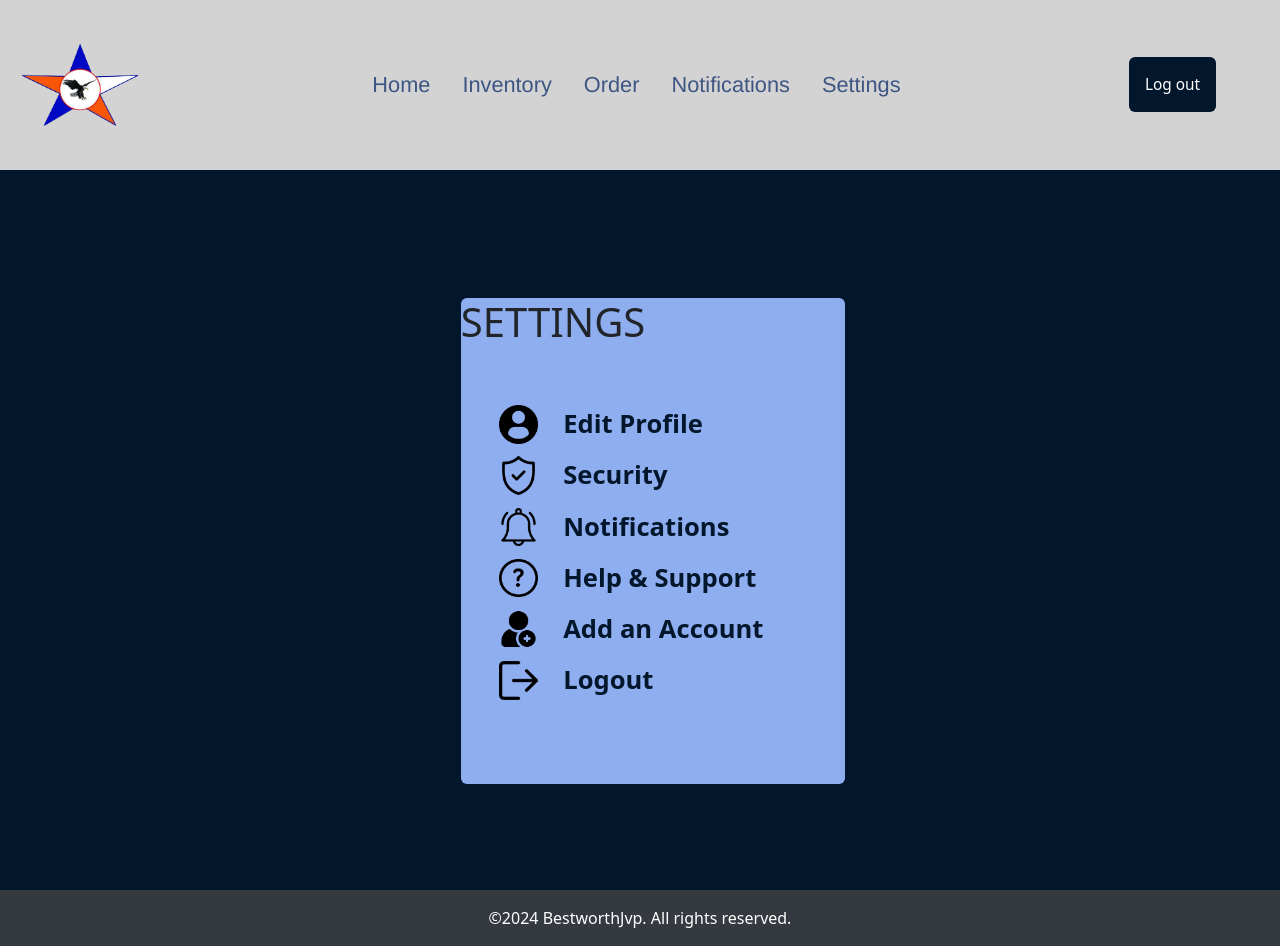
Repository: OVictor21/inventory
Page: /Setting
An editor plug-in stored every save of this project. The page is shown before and after the next save, followed by the edit.
The browser window is 1280 px wide. The pictures show the whole page.
The project was rebuilt for these pictures with package versions that can differ from the ones it lists, and the page was loaded fresh each time. Also part of the build but not shown: src/components/login.jsx, src/components/signup.jsx, src/components/reset1.jsx, src/components/reset2.jsx, src/pages/Admin.jsx.

Above is the page before, as saved 2024-12-16 19:56:53.

### src/index.css

.logo {
  background-size: cover;
  background-repeat: no-repeat;
  background-position: center;
  height: auto;
  width:9rem ;
}

.sign-in{
  width: 40vw;
  height: 65vw;
  left: 45vw;
  top: -10vw;
  overflow: hidden;
}

.login {
  display: flex;
  flex-direction: column;
  min-height: 100vh;
  overflow: hidden;

}

.nav-body {
  flex-grow: 1;
  background-color: #D3D3D3;
  width: 35vw;
  height: 65vw;
}

.text{
  top: 5vw;
  left: 6vw;
  background: linear-gradient(180deg, rgb(51, 85, 136) 13.5%, rgb(206, 208, 214) 100%);
  -webkit-background-clip: text !important;
  background-clip: text;
  -webkit-text-fill-color: transparent;
  text-fill-color: transparent;
  font-family: "Montserrat-Bold", Helvetica;
  font-weight: 700;
  color: transparent;
  font-size: 4vw;
  letter-spacing: 0;
  line-height: normal;
}



.text-wrapper-8 {
  background: linear-gradient(180deg, rgb(51, 85, 136) 13.5%, rgb(206, 208, 214) 100%);
  -webkit-background-clip: text !important;
  background-clip: text;
  -webkit-text-fill-color: transparent;
  text-fill-color: transparent;
  font-family: "Montserrat-Bold", Helvetica;
  font-weight: 600;
  color: transparent;
  font-size: 2vw;
  letter-spacing: 0;
  line-height: normal;
  top: 13vw;
  left: 6vw;
}

.email-text{
  font-size: 1.2vw;

}

.email{
  top: 17vw;
  left: 6vw;
}

.email-in{
  top: 23vw;
  left: 6vw;
  width: 80%;
  max-width: 80%;
  height: 5%;
}

.pass{
  top: 27vw;
  left: 6vw;
}

.pass-in{
  top: 33vw;
  left: 6vw;
  width: 80%;
  max-width: 80%;
  height: 5%;

}

.text-wrapper-7{
  font-family: "Montserrat-Regular", Helvetica;
  font-weight: 400;
  color: #00000061;
  font-size: 1.3vw;
  letter-spacing: 0;
  line-height: normal;
  top: 30vw;
  text-decoration: none;
  right: 2vw;
}



.sign-btn{
  background: linear-gradient(180deg, rgb(51, 85, 136) 93.5%, rgb(206, 208, 214) 97%);
  font-family: "Montserrat-Bold", Helvetica;
  font-weight: 700;
  font-size: 1.5rem;
  letter-spacing: 0;
  line-height: normal;
  width: 80%;
  height: 3rem;
  top: 42vw;
  left: 6vw;
  /* box-shadow: 0px 22px 75px #00000040; */
}


.acct{
  font-family: "Montserrat-Regular", Helvetica;
  font-weight: 700;
  color: #000000;
  font-size: 1.5vw;
  letter-spacing: 0;
  line-height: normal;
  top: 52vw;
  left: 6vw;
}

.acct-1{
  font-family: "Montserrat-Bold", Helvetica;
  font-weight: 700;
  color: rgb(51, 85, 136);
  font-size: 1.5vw;
  text-decoration: none;
  letter-spacing: 0;
  line-height: normal;
  top: 52vw;
  right: 3vw;
}



.pass-text{
font-size: 1.2vw;
}
.footer-body {
  background-color: #343a40; /* Example background color */
  text-align: center;
  padding: 1rem 0;
  margin-top: auto; /* Pushes the footer to the bottom */
}



.side{
  background-color: #D3D3D3;
}
.footers{
  top: 99vh;
  right: 0vw;
  background-color: #343a40;
}

.signuptext{
  top: 5vw;
  left: 6vw;
  background: linear-gradient(180deg, rgb(51, 85, 136) 13.5%, rgb(206, 208, 214) 100%);
  -webkit-background-clip: text !important;
  background-clip: text;
  -webkit-text-fill-color: transparent;
  text-fill-color: transparent;
  font-family: "Montserrat-Bold", Helvetica;
  font-weight: 700;
  color: transparent;
  font-size: 3vw;
  letter-spacing: 0;
  line-height: normal;
}

.nav{
  background-color: #D3D3D3;
}

.logo{
  width: 10vw;
  height: 7vw;
}

nav {
  background-color: #D3D3D3;

}


.navbar-brand img {
  max-width: 10vw;
  min-width: 5vw;
}

.navv{
  color: white;
}

.nav-text-current {
  font-family: "Montserrat", Helvetica;
  font-weight: 700;
  color: #ffffff;
  font-size: 1.5vw;
}

.nav-text {
  font-family: "Montserrat", Helvetica;
  font-weight: 700;
  color: #ffffff;
  font-size: 2.5vw;

}

.nav-link.nav-text {
  font-family: "Montserrat", Helvetica;
  font-weight: 400;
  color: #3d5583 !important;
  font-size: 1.7vw;
}

.navbar-nav .nav-link.nav-text:hover {
  color: rgb(143, 174, 240) !important;
}

.logout{
  background-color: #03172c !important;
}

.logout:hover {
  color: rgb(143, 174, 240) !important;
}

.nav-link.nav-text-2{
  color: white;
  font-size: 1.2vw;
}

.nav-link.nav-text-2:hover{
  color: rgb(143, 174, 240) !important;
}

.admin-body{
  background-color: #03172c;
}

.inventory{
  width: 35vw;
  height: 10vw;
  background-color:rgb(143, 174, 240) ;
  overflow: hidden;
}

.inventory-logo{
  width: 5vw;
  height: 3vw;
}

.admin-text{
  font-size: 2vw;
  font-weight: 600;
  color: #03172c ;
  left: 16vw;
  top:3vw;
}

.admin-footer {
  background-color: #343a40; /* Example background color */
  text-align: center;
  padding: 1rem 0;
  margin-top: auto; /* Pushes the footer to the bottom */
}

.admin-logo{
  left: 5vw;
  top:2vw;
}
.setting-body{
  background-color: #03172c;
}
.setting{
  width: 30vw;
  height: 38vw;
  background-color:rgb(143, 174, 240) ;
  overflow: hidden;
  left: 36vw;
  top: 10vw;
}

.user-logo{
  width: 3vw;
  height: 3vw;
}

.profile-logo{
  left: 3vw;
  top:4vw;
}

.user-text{
  font-size: 2vw;
  font-weight: 600;
  color: #03172c ;
  left: 8vw;
  top:4vw;
}

.security-text{
  font-size: 2vw;
  font-weight: 600;
  color: #03172c ;
  left: 8vw;
  top:8vw;
}

.notify-text{
  font-size: 2vw;
  font-weight: 600;
  color: #03172c ;
  left: 8vw;
  top:12vw;
}

.help-text{
  font-size: 2vw;
  font-weight: 600;
  color: #03172c ;
  left: 8vw;
  top:16vw;
}

.acc-text{
  font-size: 2vw;
  font-weight: 600;
  color: #03172c ;
  left: 8vw;
  top:20vw;
}

.logout-text{
  font-size: 2vw;
  font-weight: 600;
  color: #03172c ;
  left: 8vw;
  top:24vw;
}

.security-logo{
  left: 3vw;
  top:8vw;
}

.notify-logo{
  left: 3vw;
  top:12vw;
}

.help-logo{
  left: 3vw;
  top:16vw;
}

.acc-logo{
  left: 3vw;
  top:20vw;
}

.logout-logo{
  left: 3vw;
  top:24vw;
}

### src/App.js
// import Navbar from './components/navbar';
import 'bootstrap/dist/css/bootstrap.min.css';
import { BrowserRouter as Router, Route, Routes } from "react-router-dom";
// import Home from "./components/home";
import Login from "./components/login";
import Signup from './components/signup';
import Reset1 from './components/reset1';
import Reset2 from './components/reset2';
import Admin from './pages/Admin';
import Setting from './pages/setting';



function App() {
  return (
    <div className="App">
      <Router>
      <Routes>
        <Route path="/Login" element={<Login />} />
        <Route path="/Signup" element={<Signup/>} />
        <Route path='/Reset1' element={<Reset1/>} />
        <Route path='/Reset2' element={<Reset2 />} />
        <Route path='/Admin' element={<Admin/>} />
        <Route path='/Setting' element={<Setting/>}/>

      </Routes>
    </Router>
    </div>
  );
}

export default App;

### src/pages/setting.jsx
import Navbar from "../components/navbar";

const Setting = () => {
  return (
    <div>
    <Navbar/>
    <div className="setting-body min-vh-100 d-flex flex-column position-relative ">
        <div className="setting justify-content-center rounded-2 mb-4 position-absolute ">
          <h1 className="">SETTINGS</h1>
          <div className="user-logo position-relative ">

            <img className="d-block w-100 position-absolute profile-logo" src="/user.png" alt="Logo" />
            <a href="/Inventory " className="user-text  position-absolute text-decoration-none text-nowrap">Edit Profile</a>

            <img className="d-block w-100 position-absolute security-logo" src="/security.png" alt="Logo" />
            <a href="/Inventory " className="security-text  position-absolute text-decoration-none text-nowrap">Security</a>

            <img className="d-block w-100 position-absolute notify-logo" src="/notification.png" alt="Logo" />
            <a href="/Notification " className="notify-text  position-absolute text-decoration-none text-nowrap">Notifications</a>

            <img className="d-block w-100 position-absolute help-logo" src="/help.png" alt="Logo" />
            <a href="/Help " className="help-text  position-absolute text-decoration-none text-nowrap">Help & Support</a>

            <img className="d-block w-100 position-absolute acc-logo" src="/add-user.png" alt="Logo" />
            <a href="/Addacc " className="acc-text  position-absolute text-decoration-none text-nowrap">Add an Account</a>

            <img className="d-block w-100 position-absolute logout-logo" src="/logout.png" alt="Logo" />
            <a href="/Logout " className="logout-text  position-absolute text-decoration-none text-nowrap">Logout</a>
          </div>
        </div>
   </div>

   <footer className="mt-auto text-center py-3 w-100 position-absolute admin-footer text-white ">
            <p className="mb-0">&copy;2024 BestworthJvp. All rights reserved.</p>

          </footer>
    </div>


  )
}

export default Setting;

### src/components/navbar.jsx
import 'bootstrap/dist/js/bootstrap.bundle.min';

const Navbar = () => {
  return (
    <nav className="navbar navbar-expand-md justify-content-center p-3 z-1">

    <a className="navbar-brand d-flex me-auto" href="#">
        <img class="block w-100" src="/logo.png" alt="Logo"/>
    </a>
   <button class="navbar-toggler ms-auto" type="button" data-bs-toggle="collapse"
                data-bs-target="#collapseNavbar">
                <span class="navbar-toggler-icon"></span>
            </button>
    <div className="navbar-collapse collapse" id="collapseNavbar">

        <ul className="navbar-nav justify-content-center w-100">
            <li class="nav-item m-2 ">
                <a className="nav-link nav-text" href="/Home">Home</a>
            </li>

            <li className="nav-item m-2">
                <a className="nav-link nav-text" href="/Iventory">Inventory</a>
            </li>
            <li className="nav-item m-2">
                <a className="nav-link nav-text" href="/Order">Order</a>
            </li>
            <li className="nav-item m-2">
                <a className="nav-link nav-text" href="/Notifications">Notifications</a>
            </li>
            <li className="nav-item m-2">
                <a className="nav-link nav-text" href="/Setting">Settings</a>
            </li>

        </ul>

        <ul className="navbar-nav ms-auto justify-content-end mx-5">
                    <li className="nav-item logout p-2 rounded-2">
                        <a className="nav-link nav-text-2 text-nowrap" href="/Sign in/index.html">Log out</a>
                    </li>
                </ul>
    </div>
</nav>
  )
}

export default Navbar;


<script src="https://cdn.jsdelivr.net/npm/bootstrap@5.3.0/dist/js/bootstrap.bundle.min.js"></script>

Loaded but not shown: public/index.html (common file); src/index.js (common file); src/reportWebVitals.js (common file)

After the next save:
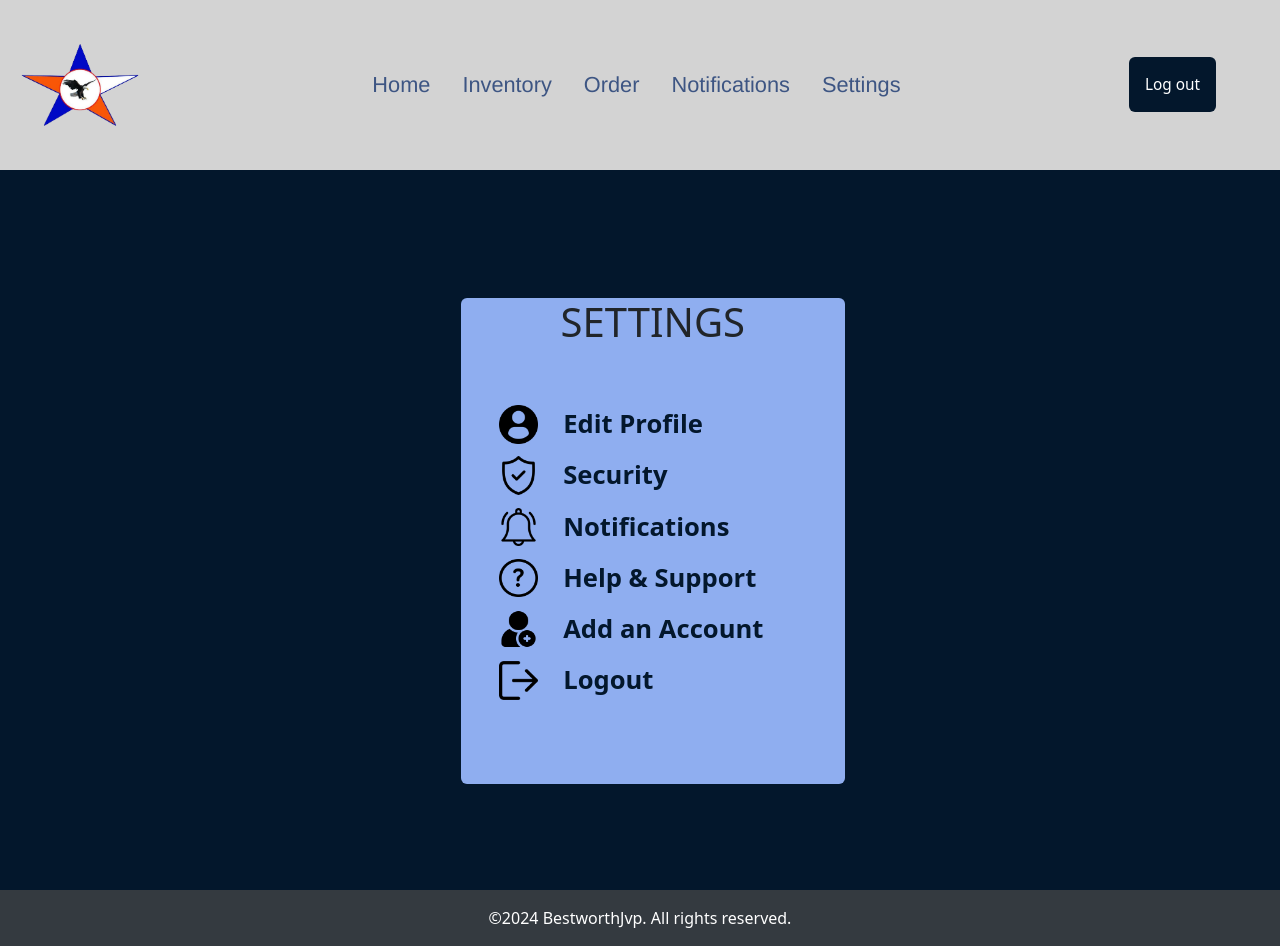
Saved 10 s later.
--- a/src/pages/setting.jsx
+++ b/src/pages/setting.jsx
@@ -6,7 +6,7 @@ const Setting = () => {
     <Navbar/>
     <div className="setting-body min-vh-100 d-flex flex-column position-relative ">
         <div className="setting justify-content-center rounded-2 mb-4 position-absolute ">
-          <h1 className="">SETTINGS</h1>
+          <h1 className="text-center">SETTINGS</h1>
           <div className="user-logo position-relative ">
 
             <img className="d-block w-100 position-absolute profile-logo" src="/user.png" alt="Logo" />
